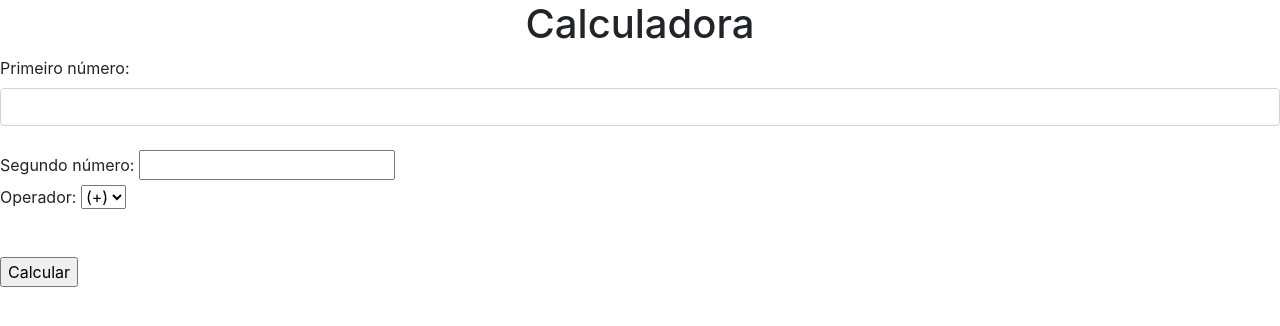
Repository: babirms/DAC
Page: Calculadora/WebContent/home.html
These files come from the project's save history. The page is drawn as it stood at one moment and after the next save; the edit follows.
The browser window is 1280 px wide. The pictures show the whole page.

Above is the page before, as saved 2020-09-20 22:31:04.
Console error (its wording comes from the project's code and is left out).

After the next save:
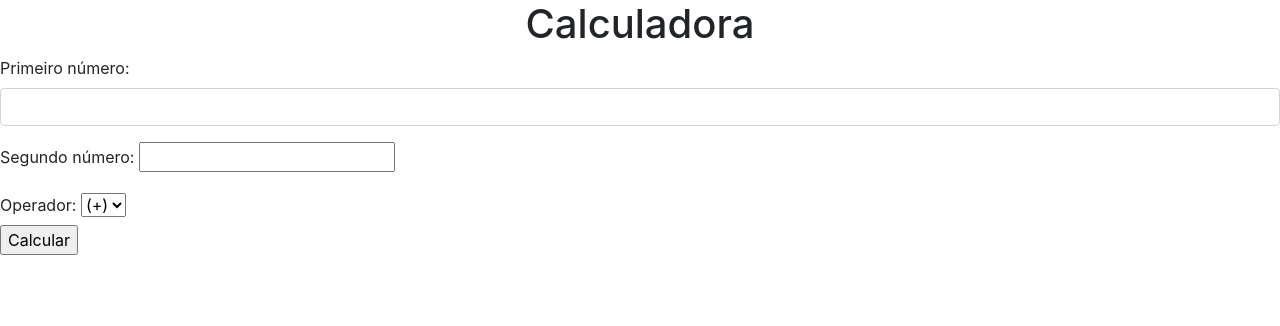
Saved 66 s later.
--- a/Calculadora/WebContent/home.html
+++ b/Calculadora/WebContent/home.html
@@ -13,19 +13,20 @@
 	</center>
 	<form action="CalculadoraServlet" method="get">
 		<div class="form-group">
-			<label for="primeiroNum">Primeiro número: </label> <input type="text"
-				class="form-control" name="primeiroValue" id="primeiroNum ">
-			<br> <label>Segundo número: </label> <input type="text"
-				name="segundoValue"> <br> <label>Operador: </label>
-				 <select
-				name="operacao">
-				<option value="soma">(+)</option>
-				<option value="sub">(-)</option>
-				<option value="mul">(*)</option>
-				<option value="div">(/)</option>
-			</select>
+			<label for="primeiroNum">Primeiro número: </label> <input
+				type="number" class="form-control" name="primeiroValue"
+				id="primeiroNum ">
 		</div>
-		<br> <input type="submit" value="Calcular">
+		<div class="form-group">
+			<label>Segundo número: </label> <input type="text"
+				name="segundoValue">
+		</div>
+		<label>Operador: </label> <select name="operacao">
+			<option value="soma">(+)</option>
+			<option value="sub">(-)</option>
+			<option value="mul">(*)</option>
+			<option value="div">(/)</option>
+		</select> <br> <input type="submit" value="Calcular">
 	</form>
 
 
